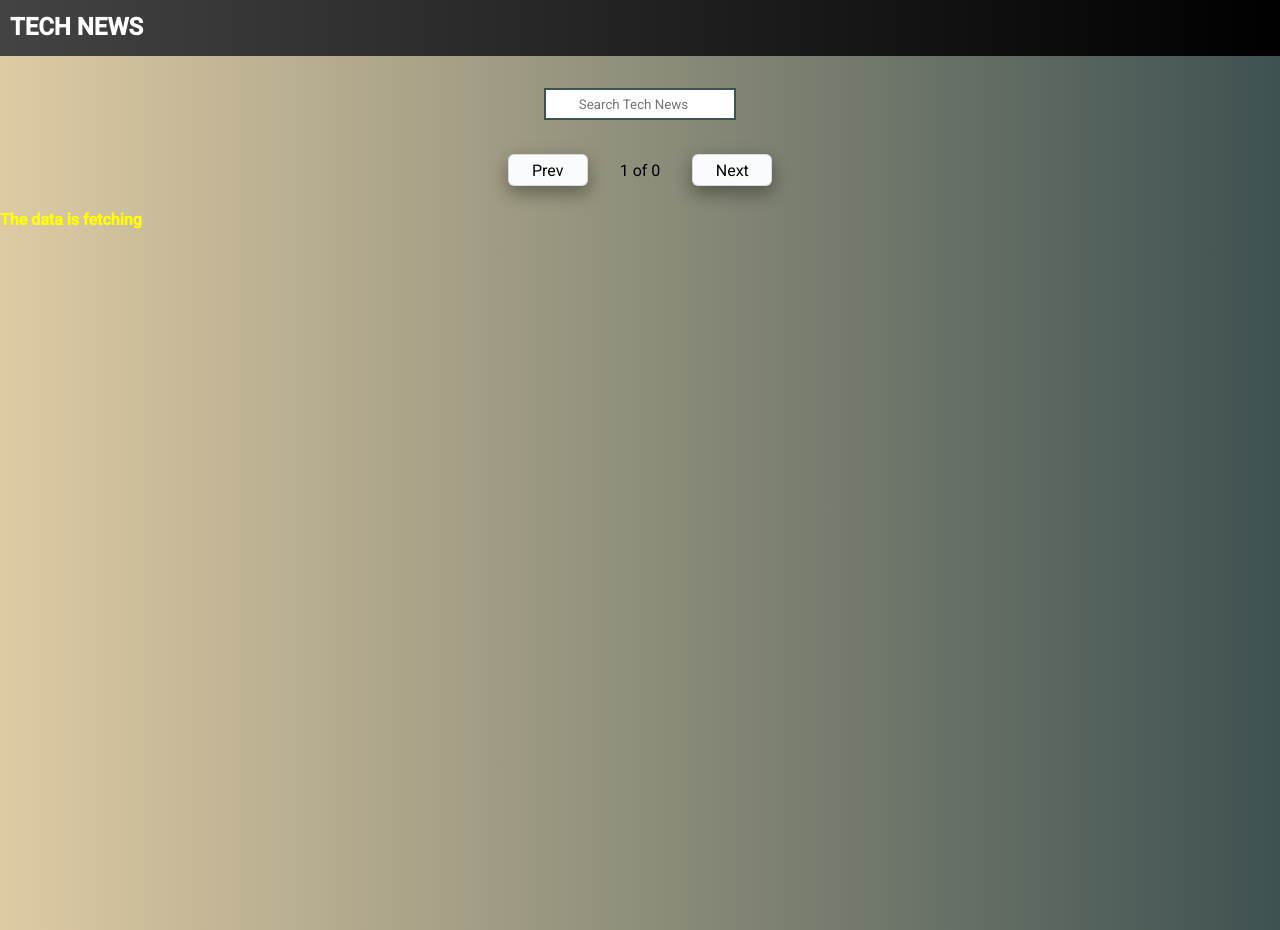
Repository: suraj-yadav7/TechNews
Page: /
An editor plug-in stored every save of this project. The page is shown before and after the next save, followed by the edit.
The browser window is 1280 px wide. The pictures show the whole page.
The page's requests for data from a server got no answer. Some web fonts or font styles are not loaded; a fallback is used. The project was rebuilt for these pictures with package versions that can differ from the ones it lists, and the page was loaded fresh each time. No one was signed in, and anything a server would have sent is missing.

Above is the page before, as saved 2023-04-28 11:04:30.

### src/index.js
import React from 'react';
import ReactDOM from 'react-dom/client';
import App from './App';
import { AppProvider } from './context';

const root = ReactDOM.createRoot(document.getElementById('root'));
root.render(
  <React.StrictMode>
    <AppProvider>
    <App />
    </AppProvider>
  </React.StrictMode>
);

### src/App.js
import './App.css';
import Search from './components/Search';
import Stories from './components/Stories';

function App() {
  return (
      <>
      <Search/>
      <Stories />
      </>
  );
}

export default App;

### src/context.jsx
import {useContext, createContext, useEffect, useReducer} from "react"
import {reducer} from './reducer'

const AppContext = createContext();
let api = "https://hn.algolia.com/api/v1/search?";
const initial = {
    hits:[],
    page:0,
    nbPages:0,
    query:"",
    isLoading:true
}

const AppProvider = ({children})=>{

    const [state, dispatch] = useReducer(reducer, initial)

    const fetchApiData = async(url)=>{
        dispatch({
            type:"loadingData",
        })
        try{
            let fetchApi = await fetch(url)
            let data = await fetchApi.json()
            console.log(data)
            dispatch({
                type:"Get_Update",
                payload:{
                    hitNews:data.hits,
                    pg:data.page,
                    nbPg: data.nbPages
                }
            })
        }
        catch(error){
            console.log(error)
        }
        }

        //removing post
        const removePost = (objectID) =>{
                    dispatch({
                        type:"remove_post",
                        payload: objectID
                    })
        }

    //Search Post
    const searchPost = ((searchVal)=>{
        // searchVal.preventDefault()
        dispatch({
        type:"SEARCH_POST",
        payload: searchVal
        })
    })

    //Previous Page
    const prevPage=()=>{
        dispatch({
            type:"PREV_PAGE"
        })
    }
    const nextPage=()=>{
        dispatch({
            type:"NEXT_PAGE"
        })
    }
    useEffect(()=>{
         fetchApiData(`${api}query=${state.query}&&page=${state.page}`)

    },[state.query, state.page])


    return(
        <AppContext.Provider value= {{...state, removePost, searchPost,prevPage,nextPage}} >{children}</AppContext.Provider>
    )
};

//Custom hook to provide appContext and useContext

const useGlobalContext = ()=>{
    return useContext(AppContext)
}
export {AppContext,AppProvider, useGlobalContext}

### src/App.css
@import url('https://fonts.googleapis.com/css2?family=Orbitron:wght@400;500&family=Roboto:wght@400;500&family=Stardos+Stencil&display=swap');

*{
  margin: 0;
  padding: 0;
  box-sizing: border-box;
  font-family:"Stencil", "Roboto", sans-serif;
}

/* Navbar */
  .navbar{
    width: 100%;
    height: 3.5rem;
    background-image: linear-gradient(to right, #434343 0%, black 100%);
    color:#fff;
  }
  .navbar>h1{
    padding-top:0.8rem ;
    margin: 0 10px;
  }

/* Search Div*/
.searchMain{
  display: flex;
  flex-direction: column;
  align-items: center;
  justify-content: center;
  gap:10px;
  background-image: linear-gradient(to right, #DECBA4, #3E5151);

}
.searchInput{
  margin-top: 2rem ;
  width: 12rem;
  height: 2rem;
  text-align: center;
  outline-color: #434343;
  border: 2px solid #3E5151;
}
.pagination{
  margin: 0.5rem 0;
}
.pagination> button{
  width: 5rem;
  height: 2rem;
  font-size: 1rem;
  margin: 1rem 2rem;
  background-color: #FAFBFC;
  border: 1px solid rgba(27, 31, 35, 0.15);
  border-radius: 6px;
  box-shadow: 0 8px 16px 0 rgba(0,0,0,0.2), 0 6px 20px 0 rgba(0,0,0,0.19);
  cursor: pointer;
}
.pagination>button:hover {
  border-color: #646cff;
}


/* Stories */
.parentStory{
  display: flex;
  align-items: center;
  justify-content: center;
  flex-direction: column;
  gap: 1rem;
  background-image: linear-gradient(to right, #DECBA4, #3E5151);


}

.stories{
  width: 50%;
  height: 12rem;
  display: flex;
  background-image: linear-gradient(to right, #434343 0%, black 100%);
  align-items: center;
  justify-content: center;
  flex-direction: column;
  color: white;
  text-align: center;
}
.stories> h3,p{
  margin: 1rem 0;
  /* padding-bottom: 4rem; */
  padding: 0 2rem;
  margin-bottom: 1.2rem;
}
.storiesButton{
  height: 2rem;
  display: flex;
  align-items: center;
  margin:0.5rem ;
}
.storiesButton >button, a>button{
  margin:0 5rem;
  border: 1px solid blue;
  background-color: aliceblue;
  color: black;
  border-radius: 10px;
  height: 2rem;
  width: 6rem;
  text-align:center;
  font-size: medium;
  box-shadow: 0 8px 16px 0 rgba(0,0,0,0.2), 0 6px 20px 0 rgba(0,0,0,0.19);
  cursor: pointer;
}
.storiesButton >button, a>button:hover {
  border-color: #646cff;
}

### src/components/Search.jsx
import React from 'react'
import { useGlobalContext } from '../context'

const Search = () => {
  const { query, searchPost, prevPage, nextPage, nbPages, page } = useGlobalContext()
  return (
    <>
    <nav className='navbar'>
      <h1>TECH NEWS</h1>
    </nav>
      <div className='searchMain'>
        <div className='formContainer'>
          <form onSubmit={(e) => e.preventDefault()}>
            <input className='searchInput' type="search" placeholder='Search Tech News' value={query} onChange={(e) => searchPost(e.target.value)}></input>
          </form>
        </div>
        <div className='pagination'>
          <button onClick={prevPage} >Prev</button>
          <span>{page + 1} of {nbPages}</span>
          <button onClick={nextPage} >Next</button>
        </div>
      </div>
    </>
  )
}

export default Search

### src/components/Stories.jsx
import React from 'react'
import { useGlobalContext } from '../context'

const Stories = () => {
  const { hits, isLoading, removePost } = useGlobalContext()



  if (isLoading) {
    return (
  <div className="Loading" style={{ color:"yellow", height:"100vh",backgroundImage: "linear-gradient(to right, #DECBA4, #3E5151)"}}>
        <h4>The data is fetching</h4>
      </div>
    )
  }
  return (
    <>
      <div className='parentStory'>
        <h2>Latest Tech News</h2>
        {hits?.map((story) => {
          const { objectID } = story
          return (
            <>
              <div className='stories' key={objectID}>
                <h3>{story.title}</h3>
                <p>by <span>{story.author}</span>  | <span>comment: {story.num_comments} </span></p>
                  <div className="storiesButton">
                  <a href={story.url} target='_blank' rel="noreferrer"><button >Read More</button></a>
                  <button onClick={() => removePost(objectID)} >Remove</button>
                </div>
              </div>
            </>)
        })}
      </div>
    </>
  )
}

export default Stories

### src/reducer.jsx

const reducer = (state,action) =>{
    switch(action.type){
        case"loadingData" : return{
            ...state,
            isLoading: true

        } ;
        case "Get_Update":
            return{
                ...state,
                isLoading:false,
                hits:action.payload.hitNews,
                nbPages:action.payload.nbPg
            }

        case "remove_post":
            return{
                ...state, hits: state.hits.filter((post)=> post.objectID !== action.payload)
            }

        case "SEARCH_POST":
            return{
                    ...state, query: action.payload
            }

        case "PREV_PAGE":
            let pageNum=state.page-1
            if(pageNum<=0){
                pageNum=0
            }
            return{
                 ...state,
                    page:pageNum
                }


        case "NEXT_PAGE":
            let pageNum2= state.page+1
            if(pageNum2>=50){
                pageNum2=0
            }

            return{
                ...state,
                page:pageNum2
            }

    }
    return state
}
export {reducer};

Loaded but not shown: public/index.html (common file)

After the next save:
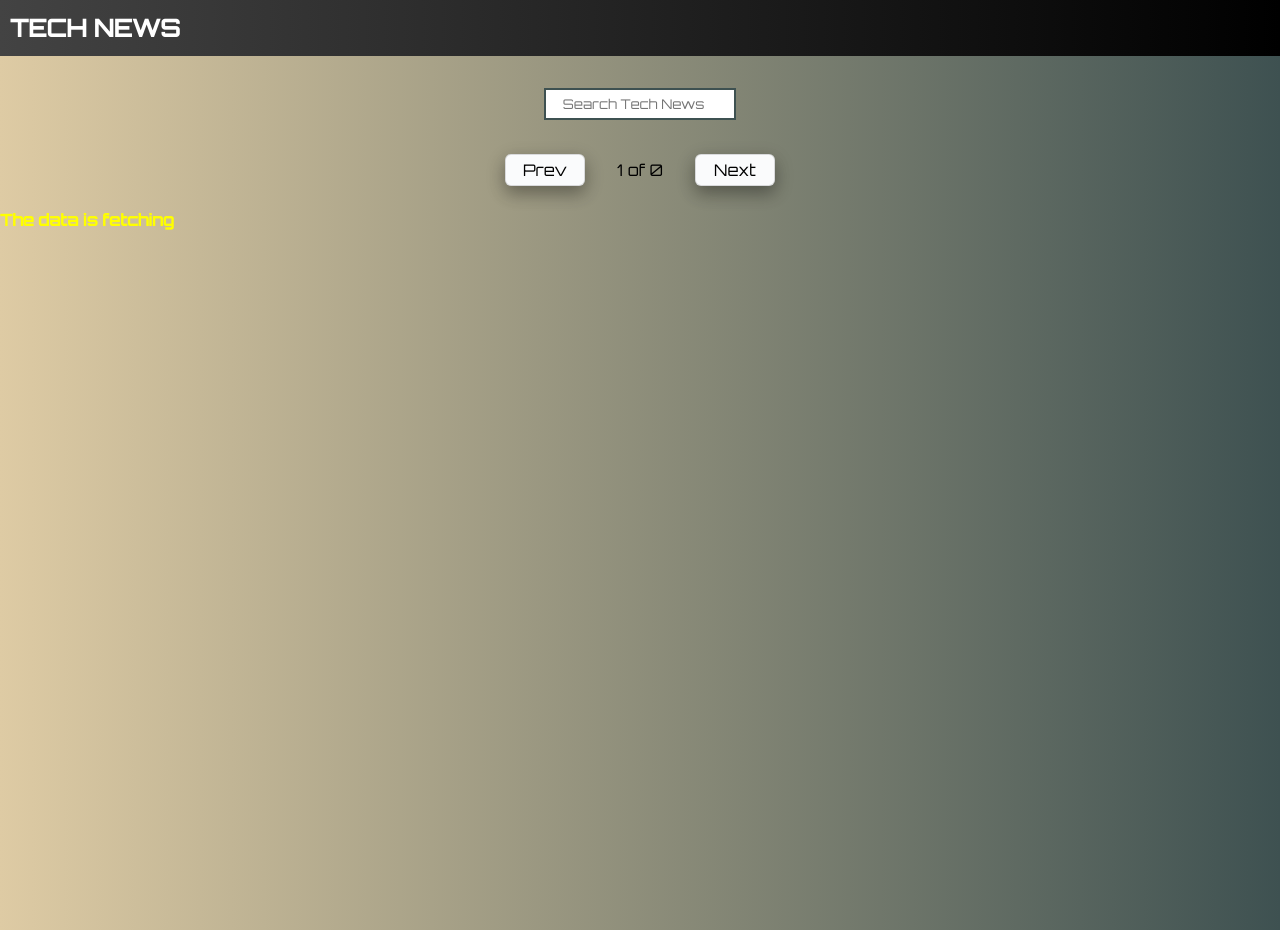
Saved 35 s later.
--- a/src/App.css
+++ b/src/App.css
@@ -4,7 +4,7 @@
   margin: 0;
   padding: 0;
   box-sizing: border-box;
-  font-family:"Stencil", "Roboto", sans-serif;
+  font-family:"Orbitron","Stencil", "Roboto", sans-serif;
 }
 
 /* Navbar */
